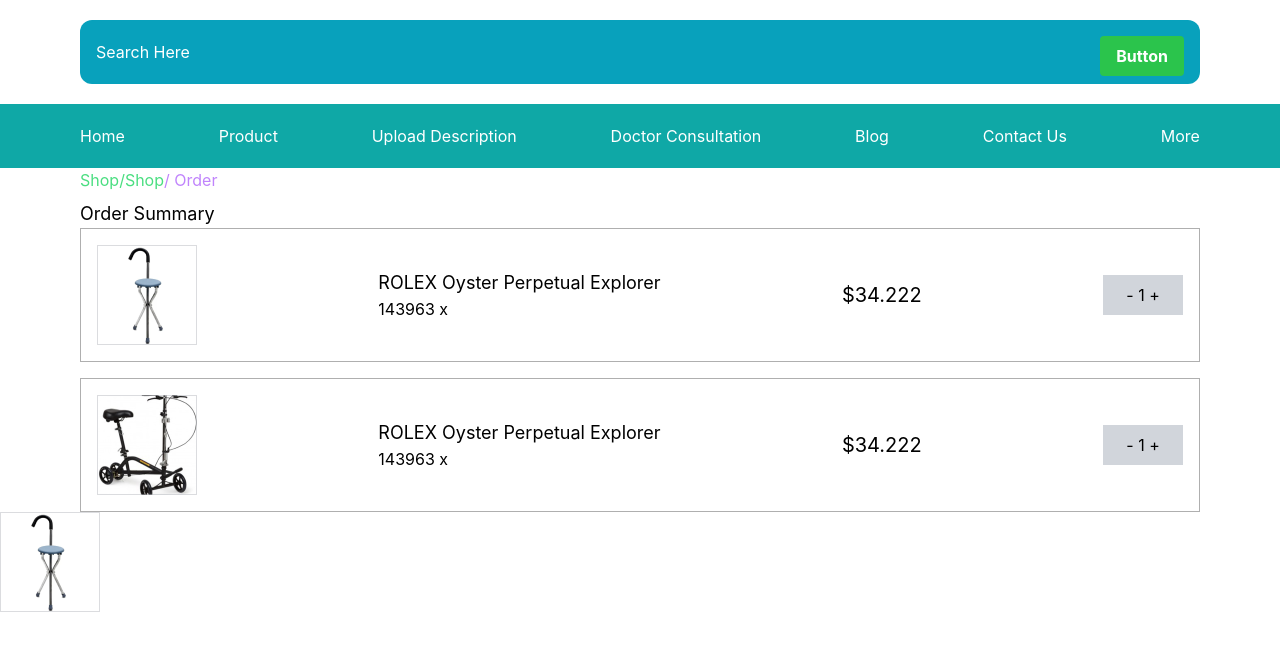
Repository: arafatmollah/pharma
Page: /
An editor plug-in stored every save of this project. The page is shown before and after the next save, followed by the edit.
The browser window is 1280 px wide. The pictures show the whole page.
The project was rebuilt for these pictures with package versions that can differ from the ones it lists, and the page was loaded fresh each time.

Above is the page before, as saved 2023-03-12 01:53:20.

After the next save:
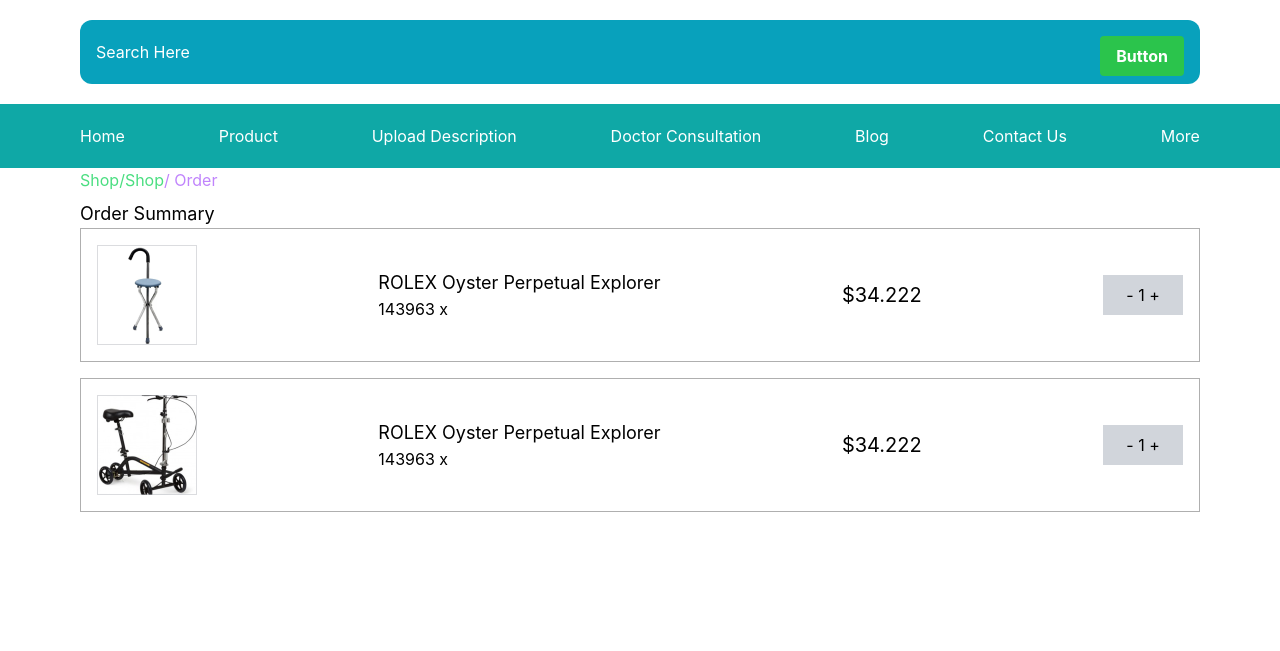
Saved 18 s later.
--- a/src/Order.js
+++ b/src/Order.js
@@ -47,11 +47,7 @@ function order() {
             </div>
           </div>
         </div>
-        <div>
-          <div>
-            <img src={img}></img>
-          </div>
-        </div>
+
     </div>
   )
 }
